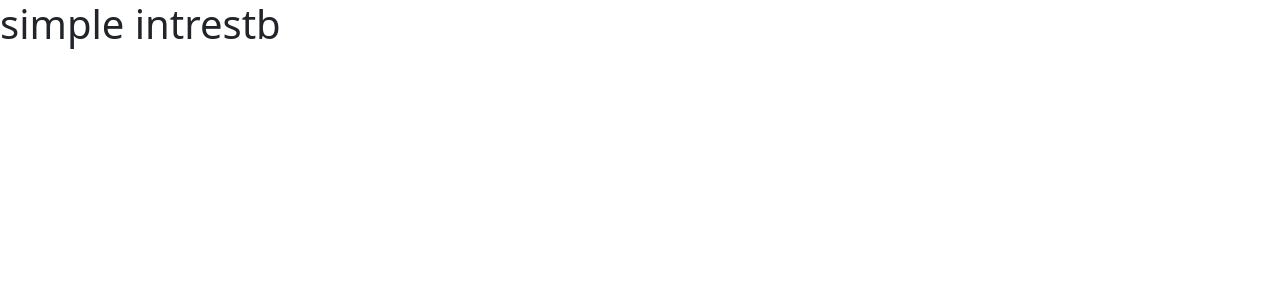
Repository: Afraz13/simple-intrest
Page: /
An editor plug-in stored every save of this project. The page is shown before and after the next save, followed by the edit.
The browser window is 1280 px wide. The pictures show the whole page.
The project was rebuilt for these pictures with package versions that can differ from the ones it lists, and the page was loaded fresh each time. Also part of the build but not shown: src/index.css, src/App.css.

Above is the page before, as saved 2024-07-15 20:14:08.

### public/index.html
<!DOCTYPE html>
<html lang="en">
  <head>
    <meta charset="utf-8" />

    <meta name="viewport" content="width=device-width, initial-scale=1" />
    <link href="https://cdn.jsdelivr.net/npm/bootstrap@5.3.3/dist/css/bootstrap.min.css" rel="stylesheet" integrity="sha384-QWTKZyjpPEjISv5WaRU9OFeRpok6YctnYmDr5pNlyT2bRjXh0JMhjY6hW+ALEwIH" crossorigin="anonymous">

    <title>Simple Intrest</title>
  </head>
  <body>

    <div id="root"></div>

  </body>
</html>

### src/App.js

import './App.css';

function App() {
  return (
    <div className="App">
      <h1>simple intrestb</h1>
    </div>
  );
}

export default App;

Loaded but not shown: src/index.js (common file)

After the next save:
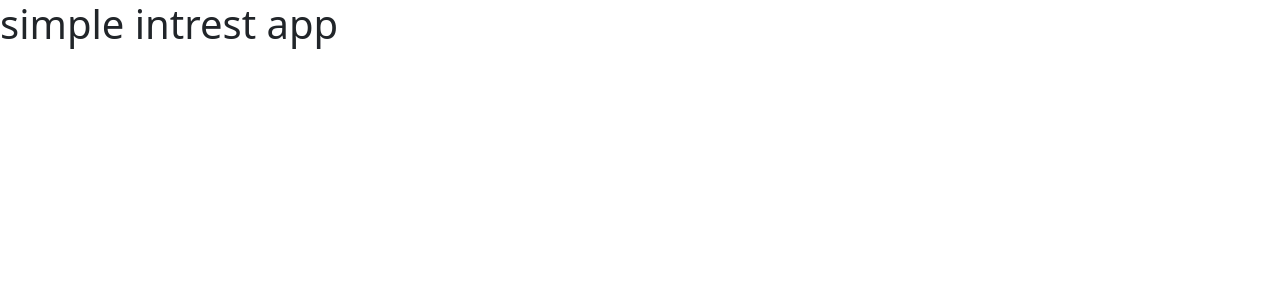
Saved 5 s later.
--- a/src/App.js
+++ b/src/App.js
@@ -4,7 +4,7 @@ import './App.css';
 function App() {
   return (
     <div className="App">
-      <h1>simple intrestb</h1>
+      <h1>simple intrest app</h1>
     </div>
   );
 }
